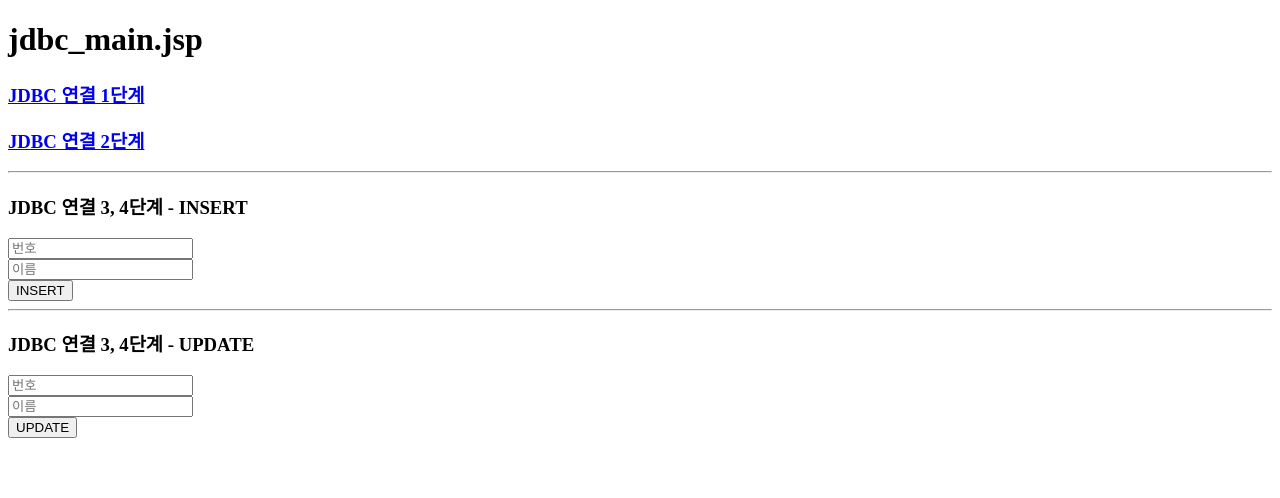
Repository: junesse-afk/ITJSP
Page: http://localhost/StudyJSP/jsp10_jdbc/jdbc_main.jsp
The author's editor kept a copy of each file at every save. The page is drawn from the files as they stood at one save, then again after the next save.
The browser window is 1280 px wide. The pictures show the whole page.
The page is served by Tomcat 10. Other server files are loaded and not shown.

Above is the page before, as saved 2024-11-28 00:30:55.

### workspace_jsp/StudyJSP/src/main/webapp/jsp10_jdbc/jdbc_main.jsp
<%@ page language="java" contentType="text/html; charset=UTF-8"
    pageEncoding="UTF-8"%>
<!DOCTYPE html>
<html>
<head>
<meta charset="UTF-8">
<title>Insert title here</title>
</head>
<body>

	<h1>jdbc_main.jsp</h1>
	<h3><a href="connect1.jdbc">JDBC 연결 1단계</a></h3>
	<h3><a href="connect2.jdbc">JDBC 연결 2단계</a></h3>
	<hr>

	<h3>JDBC 연결 3, 4단계 - INSERT</h3>
	<form action="connect3_insert.jdbc" method="post">
		<input type="text" name="idx" placeholder="번호"><br>
		<input type="text" name="name" placeholder="이름"><br>
		<input type="submit" value="INSERT">
	</form>
	<hr>

	<h3>JDBC 연결 3, 4단계 - UPDATE</h3>
	<form action="connect3_insert.jdbc" method="post">
		<input type="text" name="idx" placeholder="번호"><br>
		<input type="text" name="name" placeholder="이름"><br>
		<input type="submit" value="UPDATE">
	</form>


</body>
</html>

After the next save:
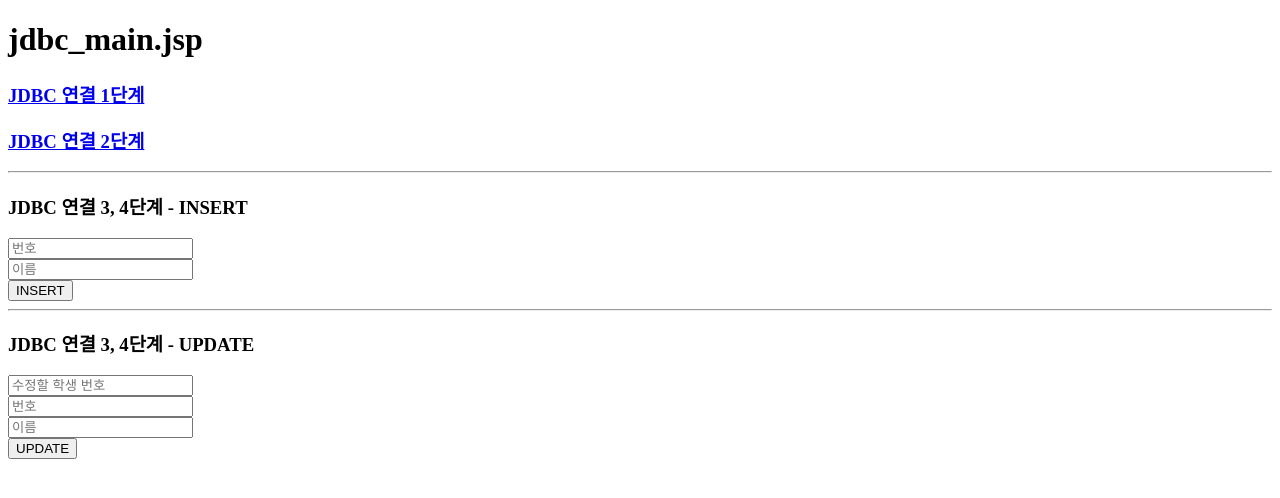
Saved 25 s later.
--- a/workspace_jsp/StudyJSP/src/main/webapp/jsp10_jdbc/jdbc_main.jsp
+++ b/workspace_jsp/StudyJSP/src/main/webapp/jsp10_jdbc/jdbc_main.jsp
@@ -23,6 +23,7 @@
 
 	<h3>JDBC 연결 3, 4단계 - UPDATE</h3>
 	<form action="connect3_insert.jdbc" method="post">
+		<input type="text" name="no" placeholder="수정할 학생 번호"><br>
 		<input type="text" name="idx" placeholder="번호"><br>
 		<input type="text" name="name" placeholder="이름"><br>
 		<input type="submit" value="UPDATE">
